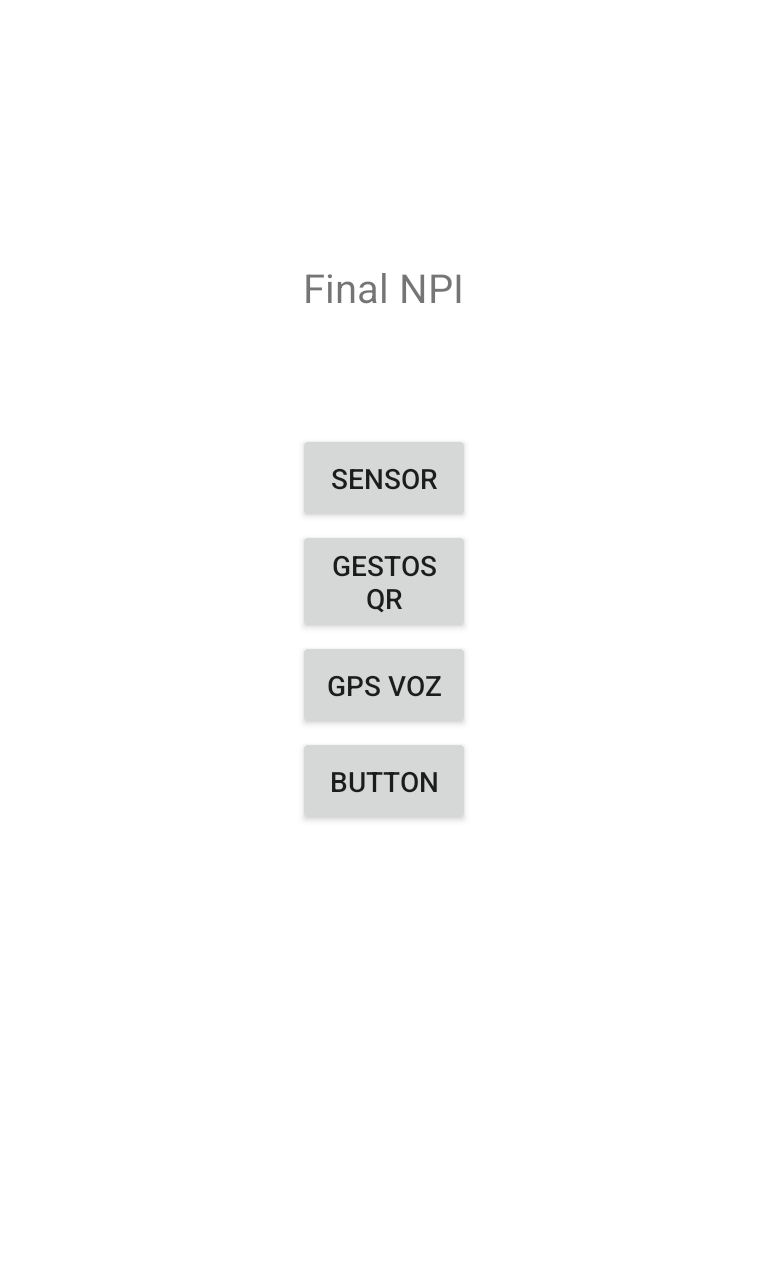
Repository: ADoncel/Android-NPI
Layout: ProyectAndroid/AndroidMetaio/res/layout/activity_main.xml
An editor plug-in stored every save of this project. The layout is shown before and after the next save, followed by the edit.
It is drawn on a 768 x 1280 px phone screen (xhdpi) without system bars, with theme AppTheme; the app's code is not run.

Above is the layout before, as saved 2015-01-21 00:25:57.

After the next save:
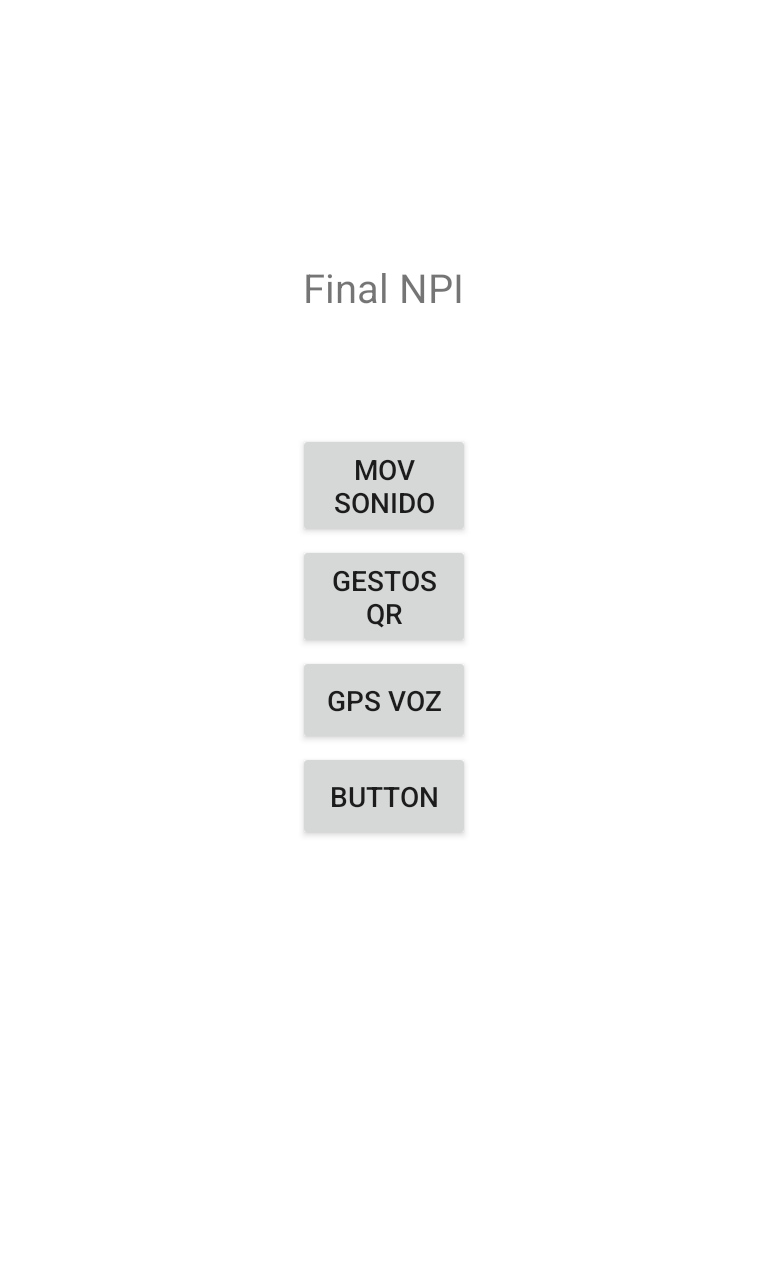
Saved 20 s later.
--- a/ProyectAndroid/AndroidMetaio/res/values/strings.xml
+++ b/ProyectAndroid/AndroidMetaio/res/values/strings.xml
@@ -14,7 +14,7 @@
     <string name="latitud_text">LATITUD</string>
     <string name="longitud_text">LONGITUD</string>
     <string name="GPS_button">START GPS</string><string name="qr_button">Gestos QR</string>
-    <string name="sensor_button">Sensor</string>
+    <string name="sensor_button">Mov Sonido</string>
 
     <!-- Accessibility description sent when user starts drawing a lock pattern. -->
     <string name="lockscreen_access_pattern_start">Pattern started</string>
